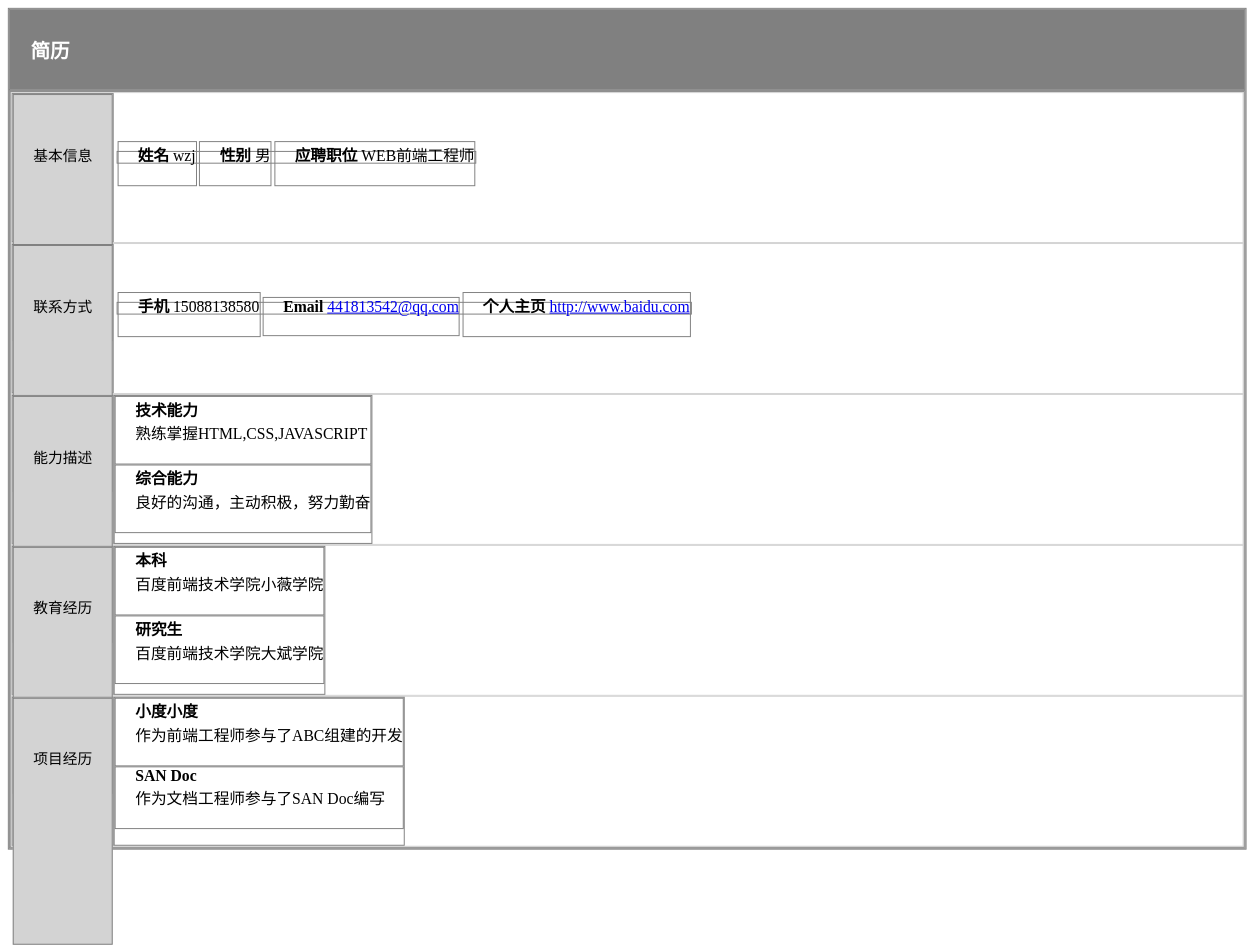
Repository: w441813542/webrecord
Page: day6_day7/jianli.html
The author's editor kept a copy of each file at every save. The page is drawn from the files as they stood at one save, then again after a run of saves.
The browser window is 1280 px wide. The pictures show the whole page, at 98% of full size.

Above is the page before, as saved 2021-03-09 14:52:24.

### day6_day7/jianli.html
<!DOCTYPE html>
<html>

<head>
  <!-- <link rel="stylesheet" type="text/css" href="style_1.css" /> -->
  <!-- <link rel="stylesheet" type="text/css" href="style_2.css" /> -->
  <link rel="stylesheet" type="text/css" href="style_3.css" />
</head>

<body>
  <div class="box">
    <div class="left">
      <div class="caption">简历</div>
    </div>
    <div class="right">
      <div>
        <!-- <tr>
          <th rowspan="15" class="caption" align="center" valign="top">简历</th>
        </tr> -->
        <div class="part">
          <div class="part_left">
            <div class="th">基本信息</div>
          </div>
          <div class="part_right">
            <div class="td"><span>姓名</span> wzj</div>
            <div class="td"><span>性别</span> 男</div>
            <div class="td"><span>应聘职位</span> WEB前端工程师</div>
          </div>
        </div>
        <div class="part">
          <div class="part_left">
            <div class="th">联系方式</div>
          </div>
          <div class="part_right">
            <div class="td"><span>手机</span> 15088138580</div>
            <div class="td" ><span>Email</span> <a href="mailto:441813542@qq.com">441813542@qq.com</a></div>
            <div class="td"><span>个人主页</span> <a href="http://www.baidu.com">http://www.baidu.com</a></div>
          </div>
        </div>
        <div class="part flex">
          <div class="part_left">
            <div class="th">能力描述</div>
          </div>
          <div class="part_right">
            <div class="td msgtd block"><span class="block">技术能力</span> 熟练掌握HTML,CSS,JAVASCRIPT</div>
            <div class="td msgtd block"><span class="block">综合能力</span> 良好的沟通，主动积极，努力勤奋</div>
          </div>
        </div>
        <div class="part flex">
          <div class="part_left">
            <div class="th">教育经历</div>
          </div>
          <div class="part_right">
            <div class="td msgtd block"><span class="block">本科</span> 百度前端技术学院小薇学院</div>
            <div class="td msgtd block"><span class="block">研究生</span> 百度前端技术学院大斌学院</div>
          </div>
        </div>
        <div class="part flex">
          <div class="part_left">
            <div class="th">项目经历</div>
          </div>
          <div class="part_right">
            <div class="td msgtd block"><span class="block">小度小度</span> 作为前端工程师参与了ABC组建的开发</div>
            <div class="td msgtd block"><span class="block">SAN Doc</span> 作为文档工程师参与了SAN Doc编写</div>
          </div>
        </div>
      </div>

    </div>
  </div>
</body>

</html>

### day6_day7/style_3.css
html {
    font-size: 10px;
  }

div{
  border: 1px solid gray;
}

  .td {
    font-size: 1.6em;
    padding-left: 20px;
    padding-bottom: 20px;
    display: inline-block;
  }

  .th {
    font-size: 1.5em;
    text-align: center;
    display: block;
    padding-top: 50px;
    padding-bottom: 50px;
    padding-left: 20px;
    padding-right: 20px;

    height: 150px;
    background: lightgray;
  }

  .caption {
    font-size: 2em;
    font-weight: bold;
    color: white;
    text-align: left;
    background: gray;
    padding-top: 25px;
    padding-left: 20px;
    padding-bottom: 25px;
  }

 .part{
   display: block;
   border: 1px solid lightgray;
 }

  .part_left{
    display: inline-block;
    height: 150px;
  }

  .part_right{
    display: inline;
    height: 150px;
  }

  span {
    font-weight: bold;
  }

  .box{
      display: block;
  }

  .flex{
    display: flex;
  }

  .block{
    display: block;
  }

After the next 3 saves:
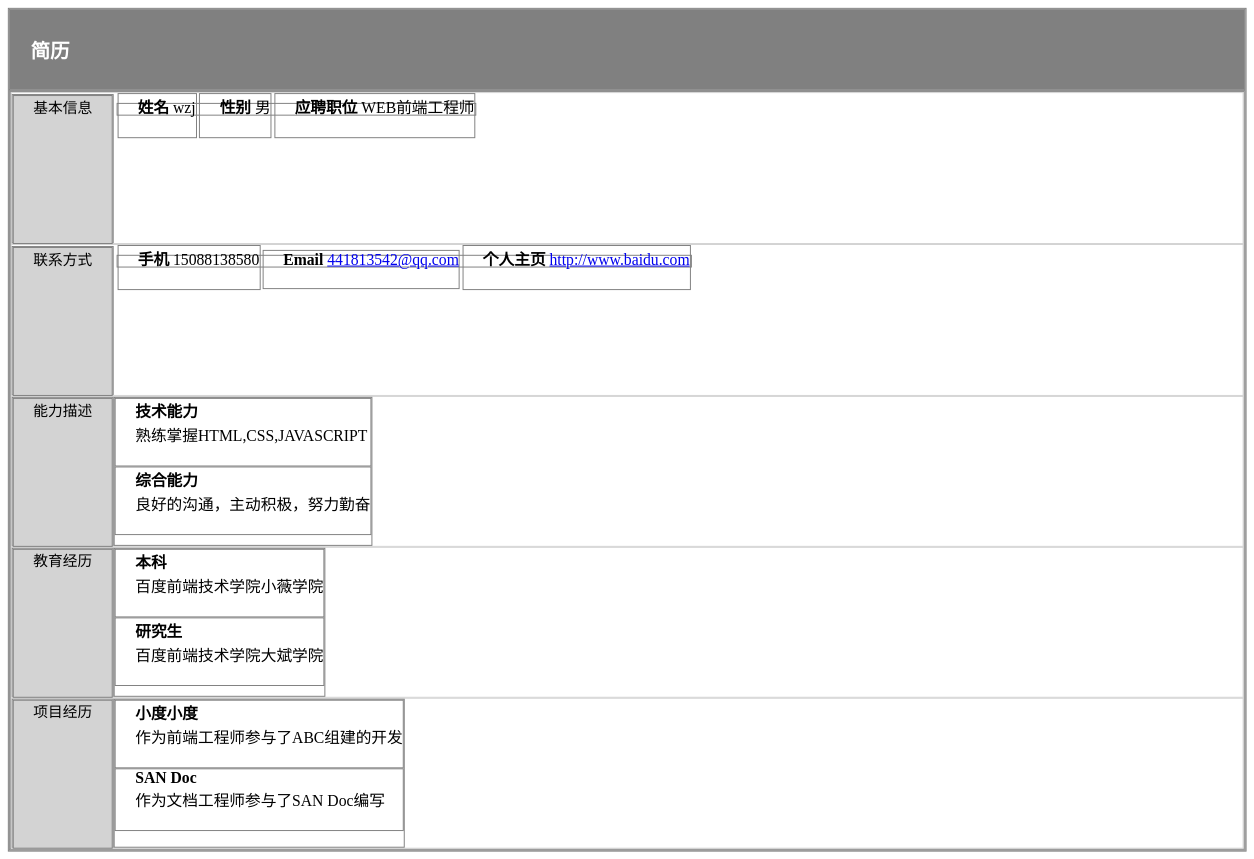
The 3 saves are shown as one change because they came seconds apart.
The last was saved 9 s later.
--- a/day6_day7/style_3.css
+++ b/day6_day7/style_3.css
@@ -17,11 +17,8 @@ div{
     font-size: 1.5em;
     text-align: center;
     display: block;
-    padding-top: 50px;
-    padding-bottom: 50px;
     padding-left: 20px;
     padding-right: 20px;
-
     height: 150px;
     background: lightgray;
   }
